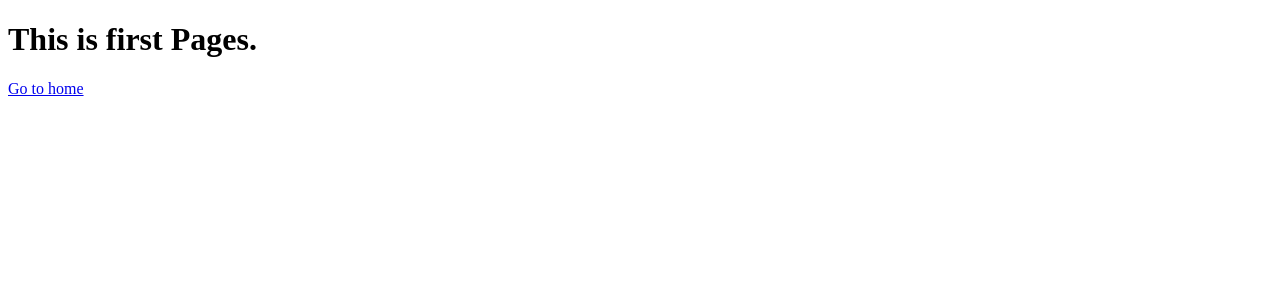
Repository: ThantLwinSoe/Servlet
Page: 01-Communication/src/main/webapp/FirstPage.html
An editor plug-in stored every save of this project. The page is shown before and after the next save, followed by the edit.
The browser window is 1280 px wide. The pictures show the whole page.

Above is the page before, as saved 2023-02-07 03:22:39.

### 01-Communication/src/main/webapp/FirstPage.html
<!DOCTYPE html>
<html>
<head>
<meta charset="UTF-8">
<title>Insert title here</title>
</head>
<body>
	<h1>This is first Pages.</h1>
	<a href="index.html">Go to home</a>
</body>
</html>

After the next save:
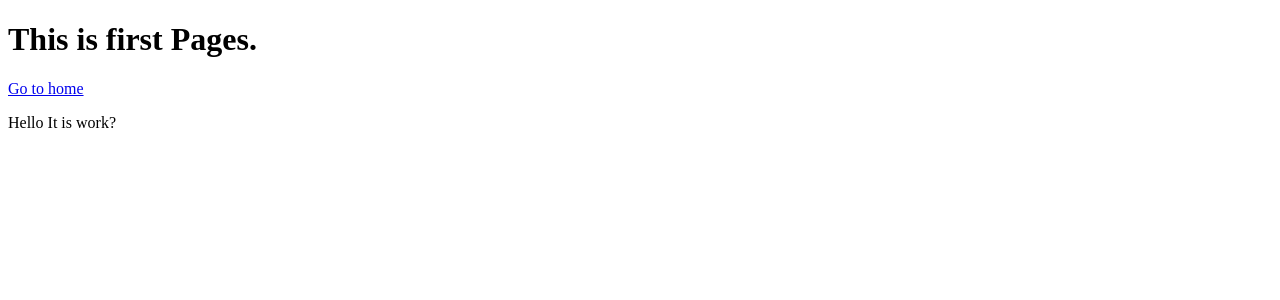
Saved 31 s later.
--- a/01-Communication/src/main/webapp/FirstPage.html
+++ b/01-Communication/src/main/webapp/FirstPage.html
@@ -7,5 +7,6 @@
 <body>
 	<h1>This is first Pages.</h1>
 	<a href="index.html">Go to home</a>
+	<p>Hello It is work?</p>
 </body>
 </html>
